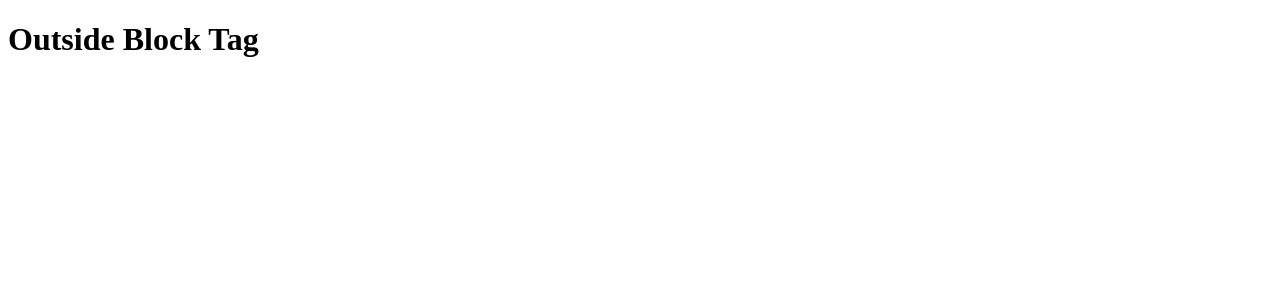
Repository: connor-blackburn/gutsy
Page: http://localhost/
The author's editor kept a record of every edit. The page is drawn from the files as they stood at one moment, then again after the next edit.
The browser window is 1280 px wide. The pictures show the whole page.
The page is served by the project's application, run on Flask 3 (app.py). Queries for data that is not in the repository find no rows.

Above is the page before.

### templates/recipes.html
{% extends 'base.html' %} {% block content %} {% for recipe in recipes%}

<ul class="collapsible popout">
    <li>
        <div class="collapsible-header"><i class="material-icons">restaurant_menu</i>{{recipe.cuisine_name}} - {{recipe.dish_name}} - {{recipe.dish_difficulty}}</div>
        <div class="collapsible-body"><span>
            <h4>{{recipe.dish_name}}</4>
            <h5>Ingredients:</h5>
            <ul>
                <li>{{recipe.ingredient_1}}</li>
                <li>{{recipe.ingredient_2}}</li>
                <li>{{recipe.ingredient_3}}</li>
                <li>{{recipe.ingredient_4}}</li>
                <li>{{recipe.ingredient_5}}</li>
                <li>{{recipe.ingredient_6}}</li>
                <li>{{recipe.ingredient_7}}</li>
                <li>{{recipe.ingredient_8}}</li>
                <li>{{recipe.ingredient_9}}</li>
            </ul>
            <br/>
            <h5>Steps:</h5>
            <ul>
                <li>1. {{recipe.step_1}}</li><br/>
                <li>2. {{recipe.step_2}}</li><br/>
                <li>3. {{recipe.step_3}}</li><br/>
                <li>4. {{recipe.step_4}}</li><br/>
            </ul>
        </span></div>
    </li>
    <li>
        <div class="collapsible-header"><i class="material-icons">restaurant_menu</i>Second</div>
        <div class="collapsible-body"><span>Lorem ipsum dolor sit amet.</span></div>
    </li>
    <li>
        <div class="collapsible-header"><i class="material-icons">restaurant_menu</i>Third</div>
        <div class="collapsible-body"><span>Lorem ipsum dolor sit amet.</span></div>
    </li>
</ul>

{% endfor %}
{% endblock %}

### templates/base.html
<!DOCTYPE html>
<html>
    <head>

    </head>
    <body>
        <h1>Outside Block Tag</h1>
        {% block content %}
        {% endblock %}
    </body>
</html>

### app.py
import os
from flask import Flask, render_template, redirect, request, url_for
from flask_pymongo import PyMongo
from bson.objectid import ObjectId

app = Flask(__name__)

app.config["MONGO_DBNAME"] = 'cookbook'
app.config["MONGO_URI"] = os.environ.get('MONGO_URI')

mongo = PyMongo(app)

@app.route('/')
@app.route('/get_recipes')
def hello():
    return render_template('recipes.html', recipes=mongo.db.recipes.find())


if __name__ == '__main__':
    app.run(host=os.environ.get('IP'),
        port=int(os.environ.get('PORT')),
        debug=True)

After the next edit:
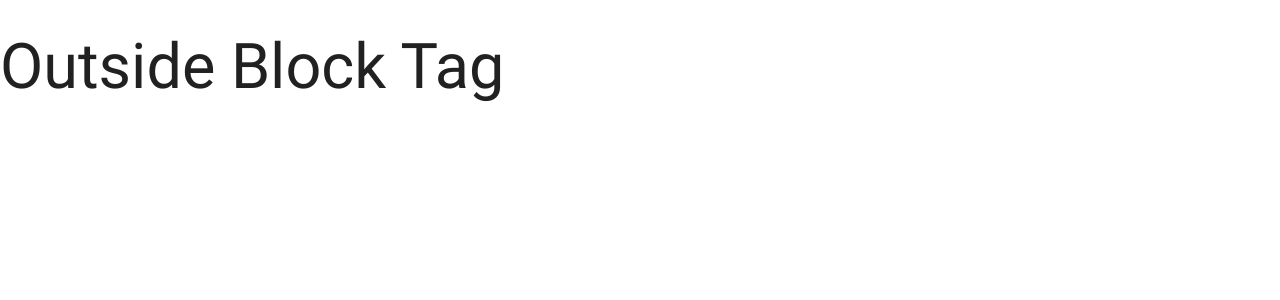
The edit:
--- a/templates/base.html
+++ b/templates/base.html
@@ -1,8 +1,8 @@
 <!DOCTYPE html>
 <html>
     <head>
-
-    </head>
+        <link href="https://fonts.googleapis.com/icon?family=Material+Icons" rel="stylesheet">
+        <link rel="stylesheet" href="https://cdnjs.cloudflare.com/ajax/libs/materialize/0.100.2/css/materialize.min.css">    </head>
     <body>
         <h1>Outside Block Tag</h1>
         {% block content %}
